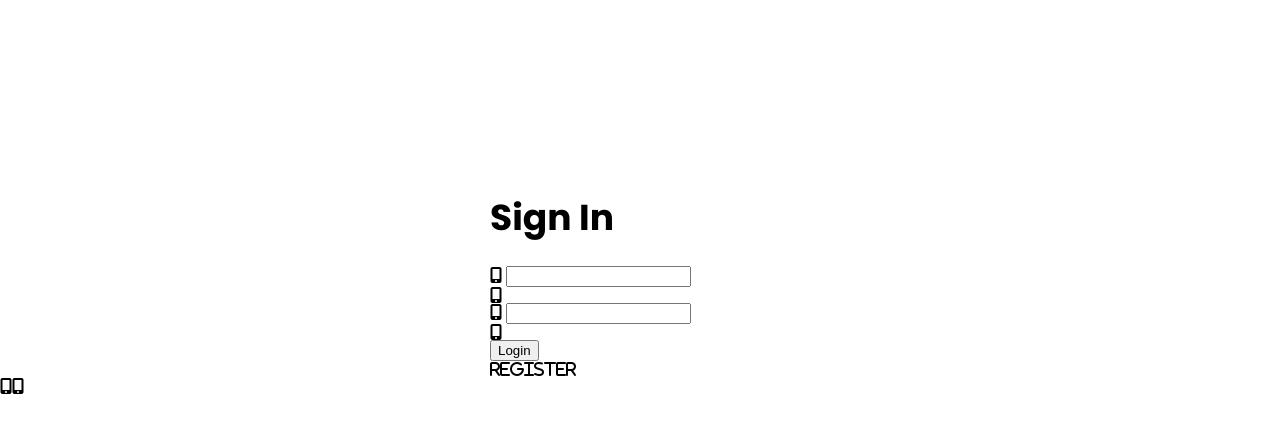
Repository: haphuocsang1801/github-group4
Page: login.html
The author's editor kept a copy of each file at every save. The page is drawn from the files as they stood at one save, then again after the next save.
The browser window is 1280 px wide. The pictures show the whole page.
Some web libraries are served in a nearby version. The style sheet was rebuilt from its Sass, Less or Tailwind sources for each picture, by a compiler version that may differ from the author's.

Above is the page before, as saved 2021-09-17 16:13:40.

### login.html
<!DOCTYPE html>
<html lang="en">
  <head>
    <meta charset="UTF-8" />
    <meta http-equiv="X-UA-Compatible" content="IE=edge" />
    <meta name="viewport" content="width=device-width, initial-scale=1.0" />
    <link
      href="https://fonts.googleapis.com/css2?family=Poppins:wght@300;400;700&display=swap"
      rel="stylesheet"
    />
    <script
      src="https://kit.fontawesome.com/85150e2613.js"
      crossorigin="anonymous"
    ></script>
    <link rel="stylesheet" href="./css/reset.css" />
    <link rel="stylesheet" href="./css/style.css" />
    <title>Document</title>
  </head>
  <body>
    <div class="container-login">
      <form action="" method="post">
        <div class="login-title">Sign In</div>
        <div class="login-item">
          <i class="fas fa-mobile-alt">
          <input type="text" class="login-phone__input" />
        </div>
        <div class="login-item">
          <i class="fas fa-mobile-alt">
          <input type="text" class="login-phone__input" />
        </div>
        <div class="login-submit">
          <input type="submit" class="btn" value="Login" />
        </div>
        <div class="login-register">Register</div>
      </form>
    </div>
  </body>
</html>

### css/reset.css
/* http://meyerweb.com/eric/tools/css/reset/
   v2.0 | 20110126
   License: none (public domain)
*/
/*
<link rel="preconnect" href="https://fonts.googleapis.com">
<link rel="preconnect" href="https://fonts.gstatic.com" crossorigin>
<link href="https://fonts.googleapis.com/css2?family=Poppins:wght@300;400;700&display=swap" rel="stylesheet">
*/
html, body, div, span, applet, object, iframe,
h1, h2, h3, h4, h5, h6, p, blockquote, pre,
a, abbr, acronym, address, big, cite, code,
del, dfn, em, img, ins, kbd, q, s, samp,
small, strike, strong, sub, sup, tt, var,
b, u, i, center,
dl, dt, dd, ol, ul, li,
fieldset, form, label, legend,
table, caption, tbody, tfoot, thead, tr, th, td,
article, aside, canvas, details, embed,
figure, figcaption, footer, header, hgroup,
menu, nav, output, ruby, section, summary,
time, mark, audio, video {
	margin: 0;
	padding: 0;
	border: 0;
	font-size: 100%;
	font: inherit;
	vertical-align: baseline;
}
/* HTML5 display-role reset for older browsers */
article, aside, details, figcaption, figure,
footer, header, hgroup, menu, nav, section {
	display: block;
}
body {
	line-height: 1;
	font-family: 'Poppins', sans-serif;
}
ol, ul {
	list-style: none;
}
blockquote, q {
	quotes: none;
}
blockquote:before, blockquote:after,
q:before, q:after {
	content: '';
	content: none;
}
table {
	border-collapse: collapse;
	border-spacing: 0;
}

### scss/style.scss
@import "variable";
@import "base";
@import "header";
@import "footer";
@import "login";

### scss/_variable.scss
$gray-dark:#272E35;
$primary-color:#E2783C;
$background:#fcf9f6;

### scss/_base.scss
.wrapper{
    max-width: 1440px;
    margin: 0 auto;
}
 .container-login{

   width: 300px;
   margin: 0 auto;
   margin-top: 200px;
 }

.button{
    transition: all 0.2s linear;
    display: inline-block;
    font-size: 16px;
    color: $gray-dark;
    padding: 20px 30px;
    border-radius: 10px;
    outline: none;
    cursor: pointer;
    background-color: transparent;
    line-height: normal;
    text-decoration: none;
    &--primary{
      color: white;
      background-color: $primary-color;
    }

}

### scss/_header.scss
.header {
  padding-top: 43px;
  display: flex;
  align-items: center;
  justify-content: space-between;
  &-logo {
    &-image {
      width: 235px;
    }
  }
  &-menu {
    display: flex;
    align-items: center;
    gap: 60px;
    &-product{
        display: flex;
        align-items: center;
        gap: 5px;
    }
    &-child{
        position: absolute;
        top:30px;
        width: 170px;
        display: flex;
        flex-direction: column;
        gap: 35px;
        background-color: $background;
        border-radius: 5px;
        padding: 20px 10px;
        opacity: 0;
        visibility: hidden;
        transition: all 0.25s;
    }
    &-item {
        position: relative;
      a {
        color: $gray-dark;
        text-decoration: none;
        &:hover {
          color: $primary-color;
          transition: color 0.2s ease-in-out;
        }
      }
    }
  }
  &-cart{
      font-size: 35px;
      cursor: pointer;
      :hover{
          color: $primary-color;
      }
  }
  &-search {
    padding: 10px;
    background-color: #f3f4f4;
    border-radius: 8px;
    display: flex;
    flex-direction: row;
    margin-right: -20px;
    transition: all 0.25s linear;
    &:hover {
      background-color: white;
      -webkit-box-shadow: 0px 0px 25px 0px rgba(226, 120, 60, 0.8);
      -moz-box-shadow: 0px 0px 25px 0px rgba(226, 120, 60, 0.8);
      box-shadow: 0px 0px 25px 0px rgba(226, 120, 60, 0.8);
    }
    &-icon {
      font-size: 30px;
      cursor: pointer;
    }
    input {
      width: 120px;
      font-size: 15px;
      width: inherit;
      padding: 10px 0;
      border: 0;
      border-radius: #f3f4f4;
      background-color: inherit;
      outline: none;
    }
  }
}
.hover:hover .header-menu-child{
    opacity: 1;
    visibility: visible;

}

### scss/_footer.scss
.footer {
  margin-top: 500px;
  padding: 40px 40px;
  background-color: $background;
  &-main {
    display: grid;
    grid-template-columns: repeat(2, 1fr);
    gap: 50px;
  }
  &-logo {
    display: inline-block;
    margin-bottom: 50px;
  }
  &-desc {
    font-size: 16px;
    margin-bottom: 40px;
    line-height: 1.5;
  }
  .social {
    display: flex;
    align-items: center;
    gap: 0 30px;
  }
  .social-item {
    cursor: pointer;
    color: $gray-dark;
    &:hover {
      color: $primary-color;
    }
  }
  &-heading {
    font-size: 18px;
    color: $gray-dark;
    margin-bottom: 40px;
    font-weight: bold;
  }
  &-links {
    list-style: none;
  }
  &-item {
    margin-bottom: 30px;
  }
  &-link {
    display: inline-block;
    color: $gray-dark;
  }
  &-info {
    list-style: none;
    margin-bottom: 40px;
  }
  &-info li {
    margin-bottom: 15px;
    line-height: 1.6;
  }
  &-highlight {
    color: white;
  }
  &-bottom {
    background-color: $gray-dark;
    line-height: 1.6;
  }
  &-bottom a {
    text-decoration: inherit;
    color: white;
  }
}

### scss/_login.scss
.login {
  &-title {
    font-size: 36px;
    font-weight: bold;
    margin-bottom: 30px;
  }
  &-item {
    display: flex;
    align-items: center;
    gap: 5px;
  }
}

After the next save:
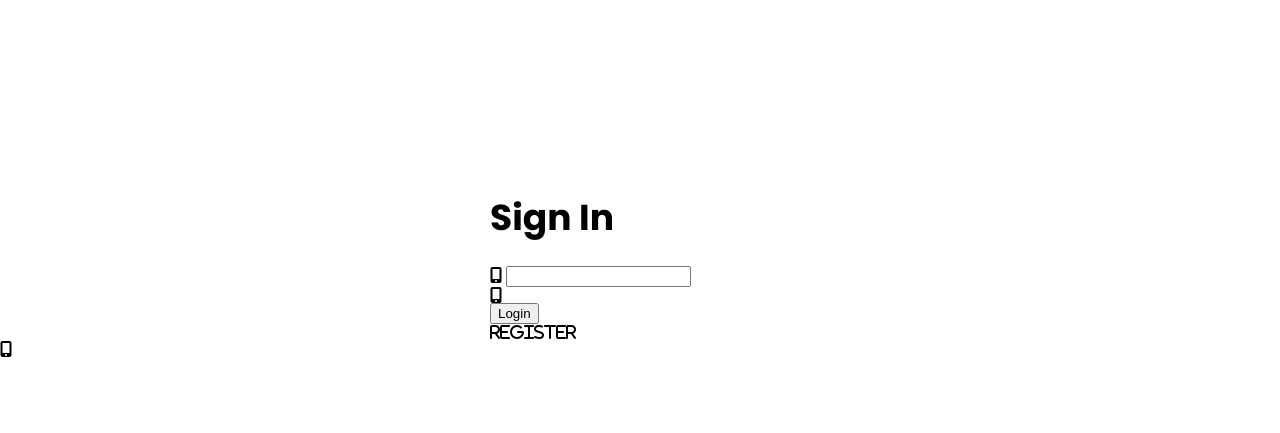
Saved 22 s later.
--- a/login.html
+++ b/login.html
@@ -24,10 +24,6 @@
           <i class="fas fa-mobile-alt">
           <input type="text" class="login-phone__input" />
         </div>
-        <div class="login-item">
-          <i class="fas fa-mobile-alt">
-          <input type="text" class="login-phone__input" />
-        </div>
         <div class="login-submit">
           <input type="submit" class="btn" value="Login" />
         </div>
